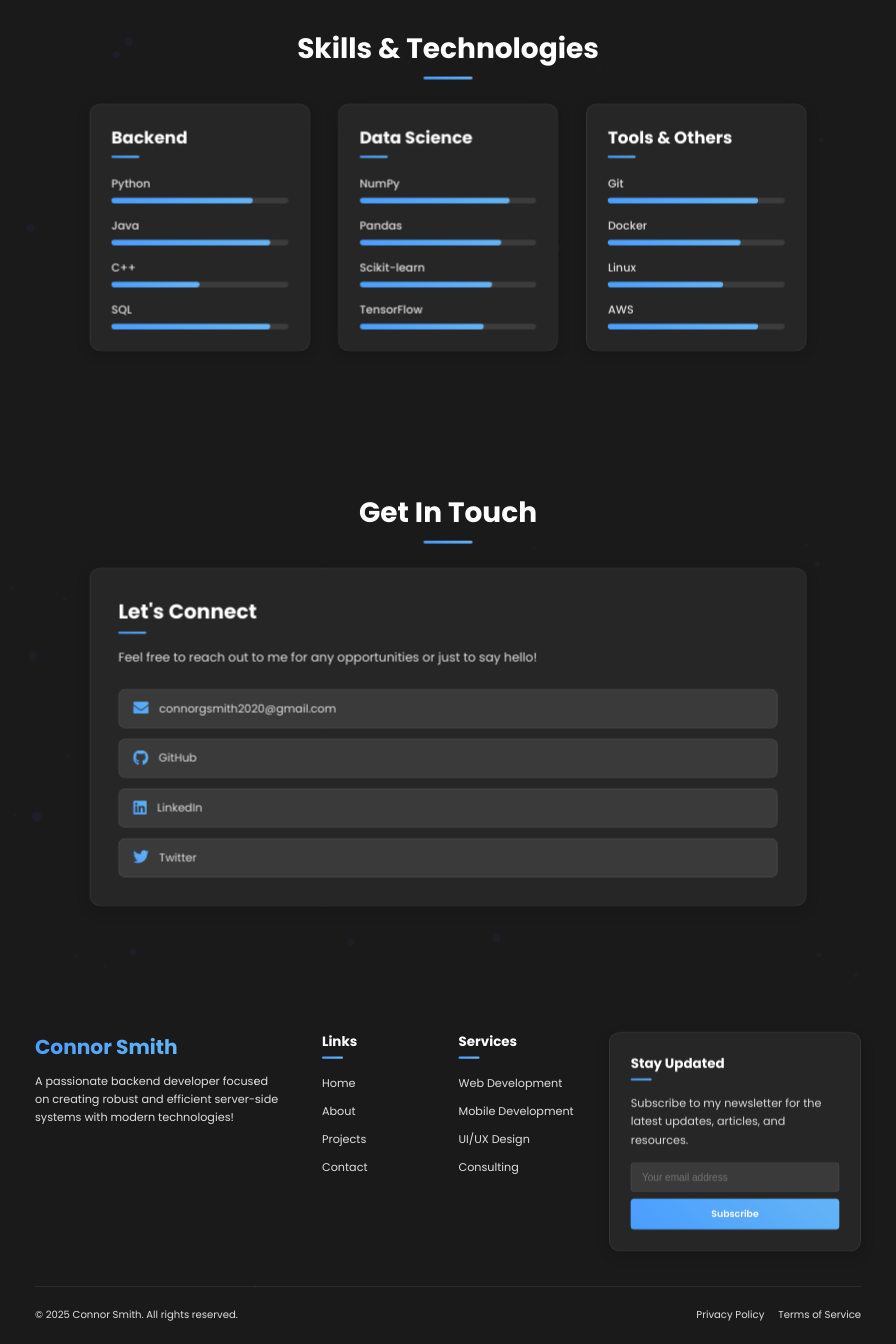
Repository: connorGS9/portfolio-website
Page: /
An editor plug-in stored every save of this project. The page is shown before and after the next save, followed by the edit.
The browser window is 1280 px wide. The pictures show the part of the page from y = 1819 to 3739 px (the page is 3739 px tall), at 70% of full size.
The project was rebuilt for these pictures with package versions that can differ from the ones it lists, and the page was loaded fresh each time.

Above is the page before, as saved 2025-06-04 23:12:17.

After the next save:
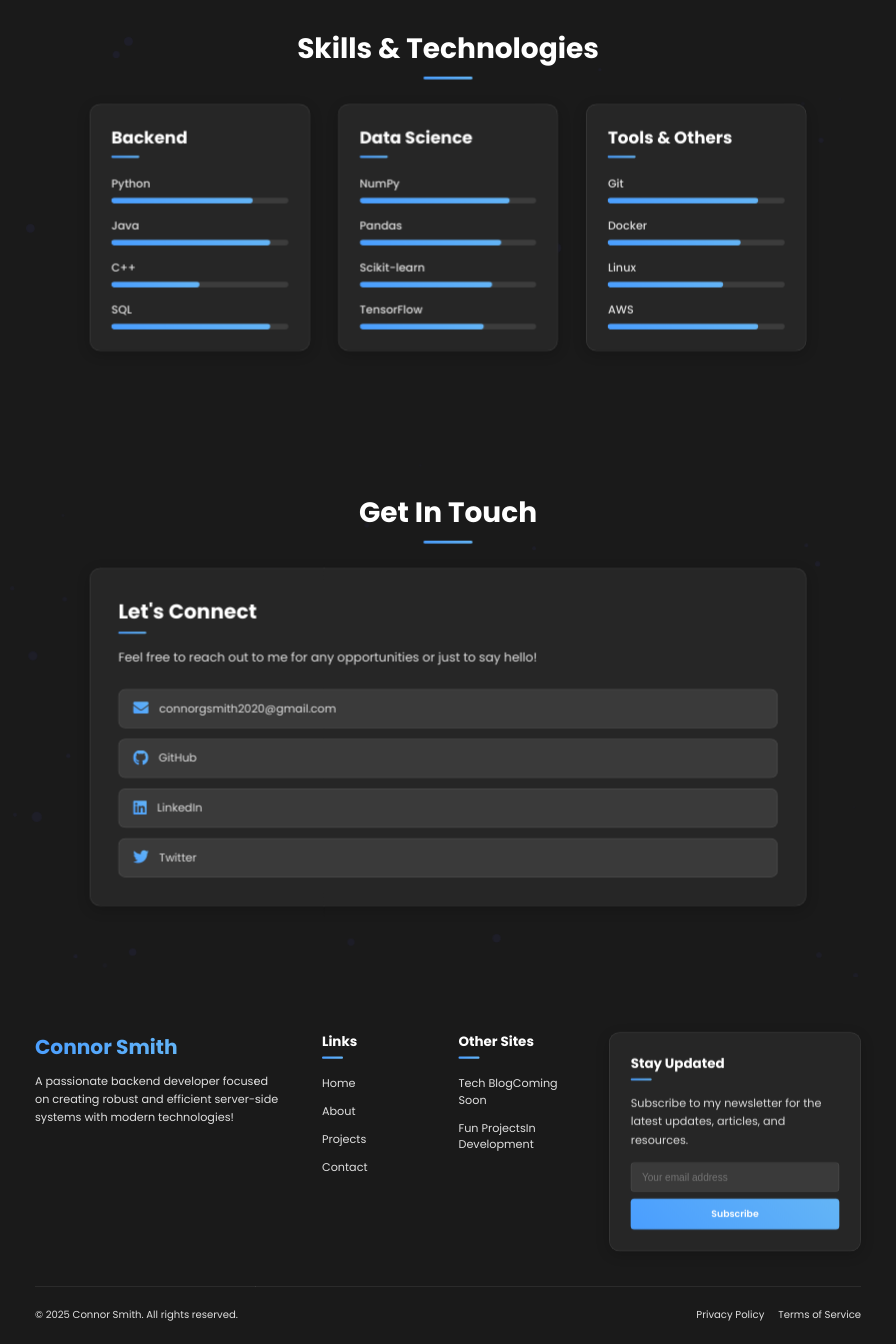
Saved 3 min 34 s later.
--- a/src/components/Footer.jsx
+++ b/src/components/Footer.jsx
@@ -28,12 +28,20 @@ const Footer = () => {
             </div>
 
             <div className="footer__links-column">
-              <h3 className="footer__links-title">Services</h3>
+              <h3 className="footer__links-title">Other Sites</h3>
               <ul className="footer__links-list">
-                <li><a href="#web-development">Web Development</a></li>
-                <li><a href="#mobile-development">Mobile Development</a></li>
-                <li><a href="#ui-ux-design">UI/UX Design</a></li>
-                <li><a href="#consulting">Consulting</a></li>
+                <li>
+                  <a href="/blog" className="construction-link">
+                    <span>Tech Blog</span>
+                    <span className="construction-badge">Coming Soon</span>
+                  </a>
+                </li>
+                <li>
+                  <a href="/fun" className="construction-link">
+                    <span>Fun Projects</span>
+                    <span className="construction-badge">In Development</span>
+                  </a>
+                </li>
               </ul>
             </div>
           </div>
